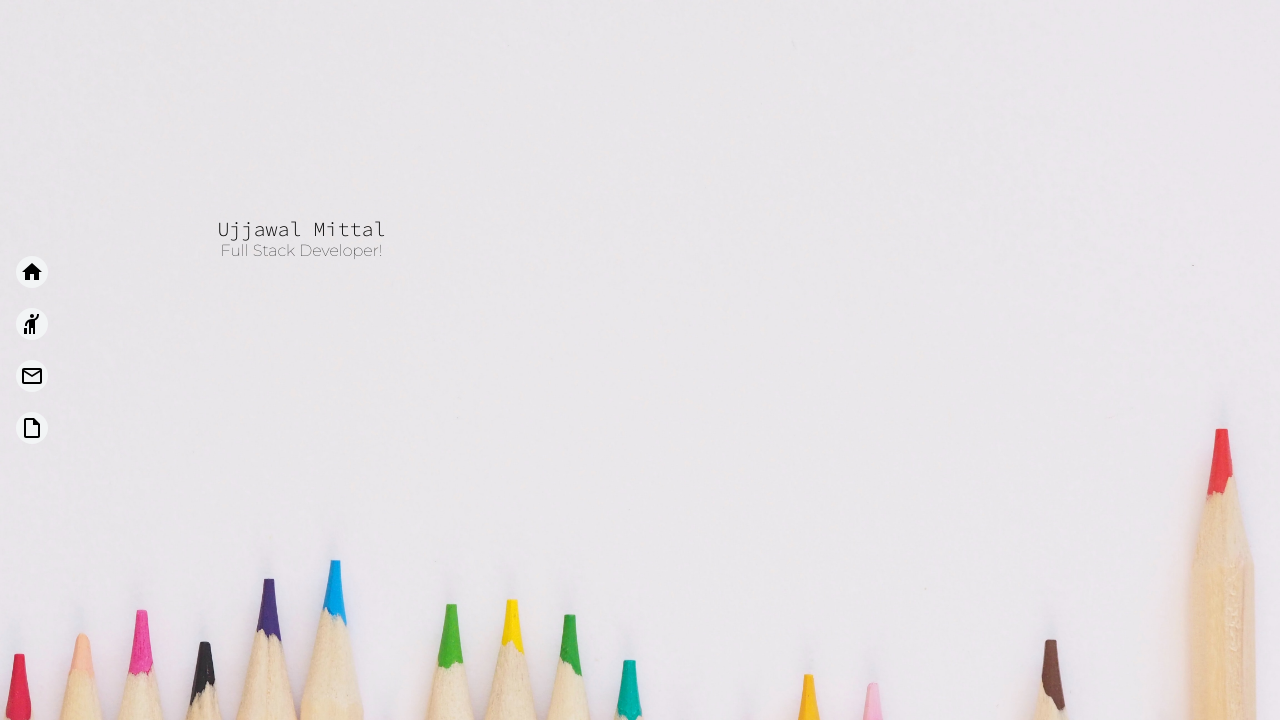
Repository: ujjawalmittal55/portfolio1
Page: /
The author's editor kept a copy of each file at every save. The page is drawn from the files as they stood at one save, then again after a run of saves.
The browser window is 1280 px wide. The pictures show the whole page.
The project was rebuilt for these pictures with package versions that can differ from the ones it lists, and the page was loaded fresh each time. Also part of the build but not shown: src/About.jsx.

Above is the page before, as saved 2022-05-05 21:34:16.

After the next 2 saves:
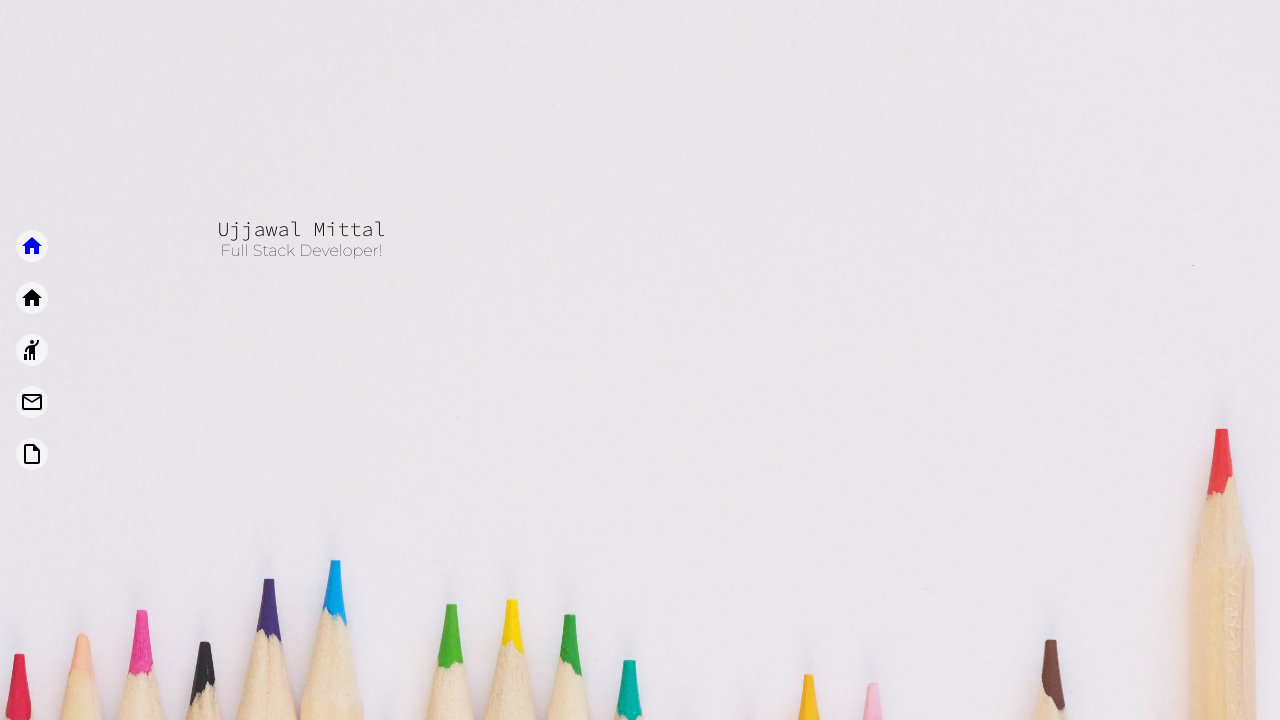
The 2 saves are shown as one change because 1 did not build or start.
The last was saved 3 min 46 s later.
--- a/src/SideBar.tsx
+++ b/src/SideBar.tsx
@@ -4,6 +4,7 @@ import {
   Route,
   Link,
   useParams,
+  NavLink,
 } from "react-router-dom";
 
 import "./sidebar.css";
@@ -17,11 +18,19 @@ function SideBar() {
       <div className="sidebar">
         <ul className="sidebar-items">
           <Router>
+            <Link to="/about">
+              <li className="list">
+                <div className="list-div">
+                  <HomeIcon>home</HomeIcon>
+                </div>
+              </li>
+            </Link>
             <li className="list">
               <div className="list-div">
                 <HomeIcon>home</HomeIcon>
               </div>
             </li>
+
             <li className="list">
               <div className="list-div">
                 <HailIcon>home</HailIcon>
